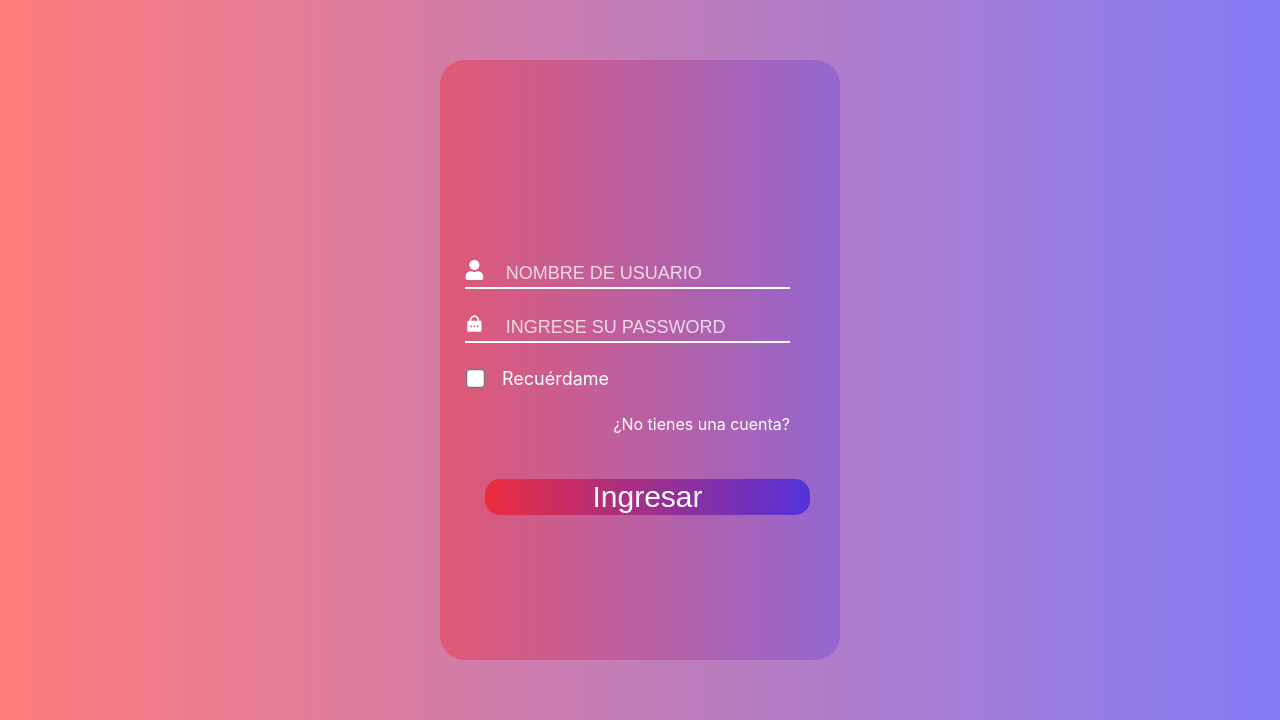
Repository: Davic1o/municipio
Page: /
These files come from the project's save history. The page is drawn as it stood at one moment and after the next save; the edit follows.
The browser window is 1280 px wide. The pictures show the whole page.
The project was rebuilt for these pictures with package versions that can differ from the ones it lists, and the page was loaded fresh each time.

Above is the page before, as saved 2024-02-05 23:08:38.

### src/index.css
body {
  margin: 0;
  font-family: -apple-system, BlinkMacSystemFont, 'Segoe UI', 'Roboto', 'Oxygen',
    'Ubuntu', 'Cantarell', 'Fira Sans', 'Droid Sans', 'Helvetica Neue',
    sans-serif;
  -webkit-font-smoothing: antialiased;
  -moz-osx-font-smoothing: grayscale;
}

code {
  font-family: source-code-pro, Menlo, Monaco, Consolas, 'Courier New',
    monospace;
}
input{
  text-decoration: none;
  border: none;
}
button{
  background-color: transparent;
  text-decoration: none;
  border: none;
}

### src/App.jsx

import './App.css';
import LoginComponent from './pages/Login/Login';

function App() {
  return (
    <div className="App">
      <LoginComponent/>
    </div>
  );
}

export default App;

### src/pages/Login/Login.jsx
import React from 'react';
import { FaUser } from "react-icons/fa";
import { RiLockPasswordFill } from "react-icons/ri";
import './login.css';  // Asegúrate de tener un archivo de estilo CSS para tu componente

const Login = () => {
  return (
    <div className="login__container">
      <div className="login__recuadro">
        <div className="login__formulario">
          <div className="contenedor__nombre">

            <FaUser className='icon__nombre' />
            <input type="text" className="inp__nombre" placeholder='NOMBRE DE USUARIO'/>
          </div>
          <div className="contenedor__password">
          <RiLockPasswordFill className='icon__password' />
            <input type="password" className="inp__password" placeholder='INGRESE SU PASSWORD'/>
          </div>
          <div className="contenedor__recuerdame">
            <input type="checkbox" className="inp__recuerdame" />
            <label htmlFor="" className="lbl__recuerdame">Recuérdame</label>
          </div>
          <div className="contenedor__registrar">
            <label htmlFor="" className="lbl__registrar">¿No tienes una cuenta?</label>
          </div>
          <div className="contendor__ingresar">
            <button className="btn__ingresar">Ingresar</button>
          </div>
        </div>
      </div>
    </div>
  );
};

export default Login;

### src/pages/Login/login.css
.login__container {
    background: linear-gradient(to right, rgba(253, 0, 0, 0.514) 1%, rgba(16, 0, 235, 0.514));
    background-size: cover;
    height: 100vh;
    width: 100vw;
    box-sizing: border-box;
    display: flex;
    align-items: center;
    justify-content: center;
    z-index: 0;
}
.login__recuadro{
    width: 400px;
    height: 600px;
    border-radius: 25px;
    background: linear-gradient(to right, rgba(253, 0, 0, 0.288) 1%, rgba(16, 0, 235, 0.171));
}
.login__formulario{
    margin-top: 200px;
}
.contenedor__nombre, .contenedor__password{
    width: 325px;
    margin: 25px;
    display: flex;
    border-bottom: 2px solid white ;
}
.icon__nombre, .icon__password{
    margin-right: 20px;
    font-size: 20px;
    background-color: transparent;
    color: white;
}
.inp__nombre, .inp__password{

    background-color: transparent;
    width: 300px;
    height: 25px;
    font-size: 18px;
    color: white;
}
.inp__nombre::placeholder, .inp__password::placeholder{
    font-size: 18px;
color: rgba(255, 255, 255, 0.767);
}
.inp__nombre:focus, .inp__password:focus{
    outline: none;
    font-size: 18px;
    border: none;
    color: white;
}
.contenedor__recuerdame{
    width: 325px;
    margin: 25px;
    display: flex;
}
.inp__recuerdame{
    transform: scale(1.5);
    margin-right: 20px;
}
.lbl__recuerdame{
    font-size: 18px;
    color: white;
}
.contenedor__registrar{
    width: 325px;
    margin: 25px;
    display: flex;
    justify-content: right;
}
.lbl__registrar{
    color: white;
}
.lbl__registrar:hover{
    color: blue;
    cursor: pointer;
}
.contendor__ingresar{

    background: linear-gradient(to right, rgba(253, 0, 0, 0.514) 1%, rgba(16, 0, 235, 0.514));
    border-radius: 15px;
    width: 325px;
    margin: 45px;
    display: flex;
    justify-content: center;
}
.btn__ingresar{
    color: white;
    font-size: 30px;

}

Loaded but not shown: public/index.html (common file); src/index.js (common file); src/reportWebVitals.js (common file); src/App.css (common file)

After the next save:
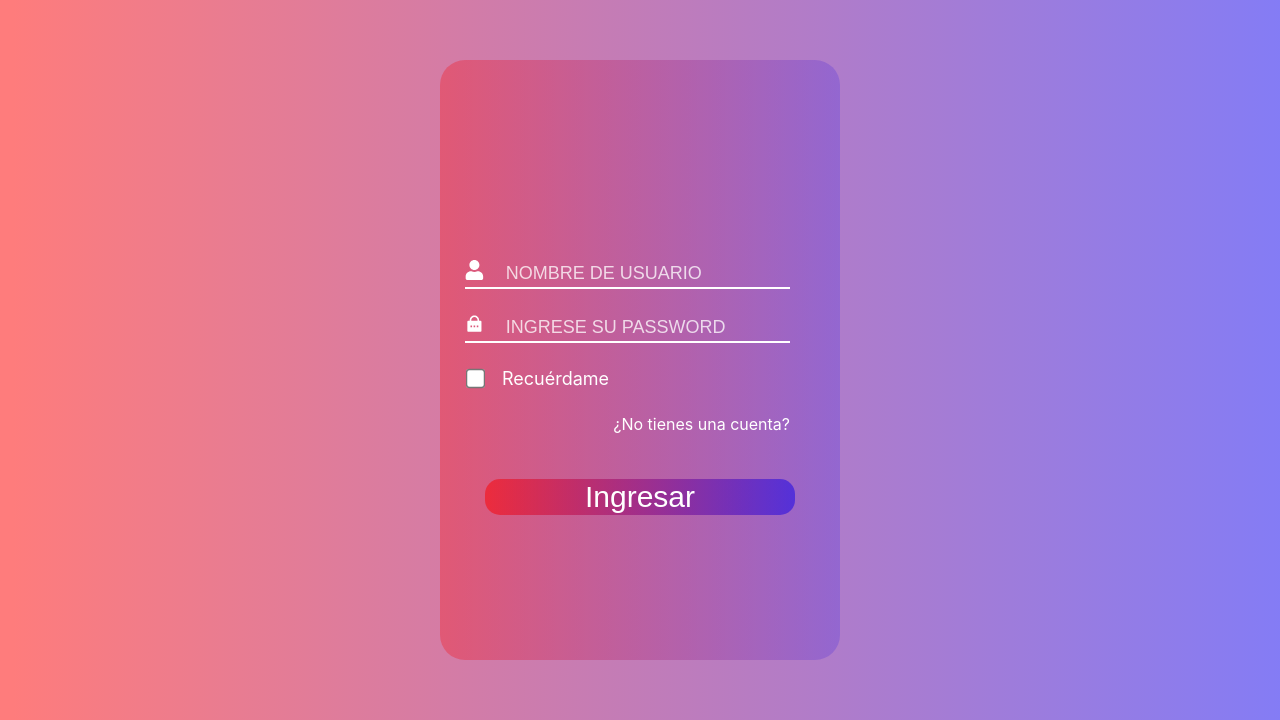
Saved 9 s later.
--- a/src/pages/Login/login.css
+++ b/src/pages/Login/login.css
@@ -78,7 +78,7 @@ color: rgba(255, 255, 255, 0.767);
 
     background: linear-gradient(to right, rgba(253, 0, 0, 0.514) 1%, rgba(16, 0, 235, 0.514));
     border-radius: 15px;
-    width: 325px;
+
     margin: 45px;
     display: flex;
     justify-content: center;
